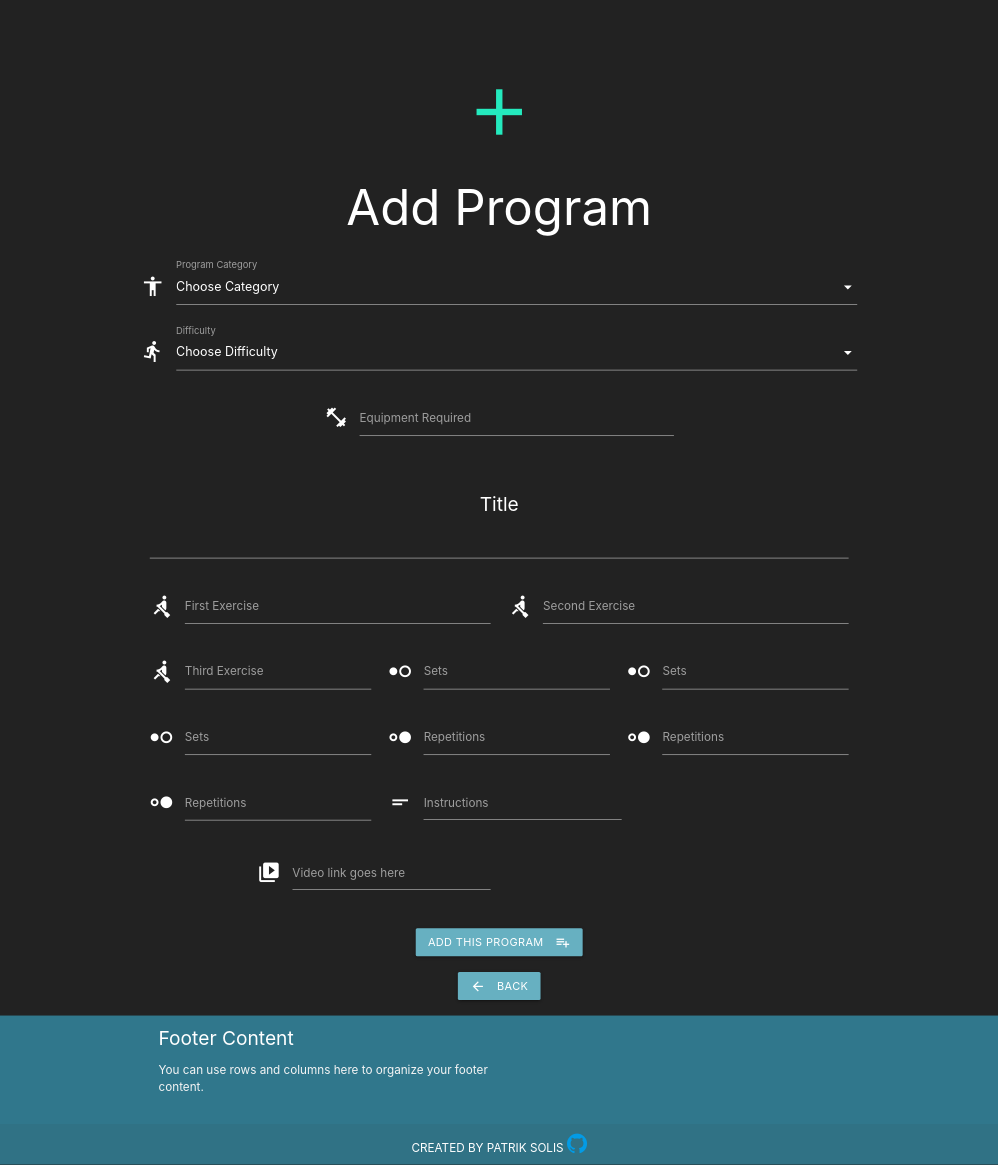
Repository: Ario124/calisthenics-project
Page: http://localhost/add_program
The author's editor kept a record of every edit. The page is drawn from the files as they stood at one moment, then again after the next edit.
The browser window is 1280 px wide. The pictures show the whole page, at 78% of full size.
The page is served by the project's application, run on Flask 3 (app.py). Queries for data that is not in the repository find no rows.

Above is the page before.

### templates/add_program.html
{% extends 'base.html' %} {% block content %}

<div class="row center-align">
    <i class="material-icons icon-size icon-color2">add</i>
</div>
<h1 class="center-align expert_title">Add Program</h1>
<div class="container">

    <form action="{{url_for('insert_program')}}" method="POST" class="col s12">
        <div class="row">
            <div class="row">
                <div class="input-field col s12">
                    <i class="material-icons prefix">accessibility</i>
                    <select id="category" name="category_name">
                  <option value="" disabled selected>Choose Category</option>
                  {% for cat in categories %}
                      <option value="{{cat.category_name}}">{{cat.category_name}}</option>
                  {% endfor %}
                </select>
                    <label>Program Category</label>
                </div>




                <div class="input-field col s12">
                    <i class="material-icons prefix">directions_run</i>
                    <select id="difficulty" name="difficulty_level">
                  <option value="" disabled selected>Choose Difficulty</option>
                  {% for dif in difficulty %}
                      <option value="{{dif.difficulty_level}}">{{dif.difficulty_level}}</option>
                  {% endfor %}
                </select>
                    <label>Difficulty</label>
                </div>

                <div class="input-field col s6 offset-s3">
                    <i class="material-icons prefix">fitness_center</i>
                    <input id="equipment_required" name="equipment_required" type="text" required>
                    <label for="icon_prefix">Equipment Required</label>
                </div>
            </div>
            <div class="input-field col s12">
                <h5 class="center-align">Title</h5>
                <input id="program_name" name="program_name" type="text" class="center-align" required>
            </div>

            <div class="input-field col s6">
                <i class="material-icons prefix">rowing</i>
                <input id="exercise" name="exercise" type="text" required>
                <label for="icon_prefix">First Exercise</label>
            </div>

            <div class="input-field col s6">
                <i class="material-icons prefix">rowing</i>
                <input id="exercise2" name="exercise2" type="text" required>
                <label for="icon_prefix">Second Exercise</label>
            </div>

            <div class="input-field col s4">
                <i class="material-icons prefix">rowing</i>
                <input id="exercise3" name="exercise3" type="text" required>
                <label for="icon_prefix">Third Exercise</label>
            </div>

            <div class="input-field col s4">
                <i class="material-icons prefix">hdr_weak</i>
                <input id="sets_amount" name="sets_amount" type="text" required>
                <label for="icon_prefix">Sets</label>
            </div>

            <div class="input-field col s4">
                <i class="material-icons prefix">hdr_weak</i>
                <input id="sets_amount2" name="sets_amount2" type="text" required>
                <label for="icon_prefix">Sets</label>
            </div>

            <div class="input-field col s4">
                <i class="material-icons prefix">hdr_weak</i>
                <input id="sets_amount3" name="sets_amount3" type="text" required>
                <label for="icon_prefix">Sets</label>
            </div>

            <div class="input-field col s4">
                <i class="material-icons prefix">hdr_strong</i>
                <input id="reps_amount" name="reps_amount" type="text" required>
                <label for="icon_prefix">Repetitions</label>
            </div>

            <div class="input-field col s4">
                <i class="material-icons prefix">hdr_strong</i>
                <input id="reps_amount2" name="reps_amount2" type="text" required>
                <label for="icon_prefix">Repetitions</label>
            </div>

            <div class="input-field col s4">
                <i class="material-icons prefix">hdr_strong</i>
                <input id="reps_amount3" name="reps_amount3" type="text" required>
                <label for="icon_prefix">Repetitions</label>
            </div>

            <div class="container">
                <div class="input-field col s6">
                    <i class="material-icons prefix">short_text</i>
                    <textarea name="description" id="description" class="materialize-textarea center-align" required></textarea>
                    <label for="icon_prefix">Instructions</label>
                </div>



                <div class="input-field col s6">
                    <i class="material-icons prefix">video_library</i>
                    <textarea name="example_youtube" id="example_youtube" class="materialize-textarea center-align" required></textarea>
                    <label for="icon_prefix">Video link goes here</label>
                </div>
            </div>


        </div>
        <div class="row center-align">

            <div class="col s12">
                <button class="btn waves-effect waves-light btn-colored" type="submit" name="action">Add This Program
                     <i class="material-icons right">playlist_add</i>
                    </button>
            </div>

        </div>
        <div class="row center-align">
            <div class="col s12">
                <button onclick="goBack()" class="btn waves-effect waves-light btn-colored">Back
                     <i class="material-icons left">arrow_back</i>
                     </button>
            </div>

        </div>
    </form>
</div>





{% endblock %}

### templates/base.html
<!DOCTYPE html>
<html lang="en">
<head>
    <meta charset="UTF-8">
    <meta name="viewport" content="width=device-width, initial-scale=1">
    <link href="https://fonts.googleapis.com/icon?family=Material+Icons" rel="stylesheet">
    <link rel="stylesheet" href="https://cdnjs.cloudflare.com/ajax/libs/materialize/1.0.0/css/materialize.min.css">
    <link rel="stylesheet" href="{{url_for('static', filename="css/main.css")}}" type="text/css" />
    <link rel="stylesheet" href="https://maxcdn.bootstrapcdn.com/font-awesome/4.7.0/css/font-awesome.min.css" type="text/css" />

    <title>Calisthenics Project</title>
    <link rel="icon" href="https://d1ujqdpfgkvqfi.cloudfront.net/favicon-generator/htdocs/favicons/2019-09-19/50f3ab5b7a10e0ae0911c83435938cd6.ico.png">

</head>
<body>
    <header>

        <div id="navbar-test" class="navbar-fixed">
            <nav>
                <div class="nav-wrapper">
                    <a href="{{url_for('home')}}" class="brand-logo"><i class="material-icons nav-icon-pad">home</i></a>
                    <a href="{{url_for('home')}}" class="brand-logo center-align">Calisthenics</a>
                    <a href="#" data-target="mobile-demo" class="sidenav-trigger"><i class="material-icons">menu</i></a>
                    <ul class="right hide-on-med-and-down">
                        <li><a href="{{url_for('get_programs')}}">View Programs</a></li>
                        <li><a href="{{url_for('add_program')}}">Add Program</a></li>
                        <li><a href="{{url_for('exercises')}}">Exercises</a></li>
                        <li><a href="{{url_for('contact')}}">Contact Us</a></li>
                    </ul>
                </div>
            </nav>

            <ul class="sidenav" id="mobile-demo">
                <li><a class="sidenav-close" href="#!"><i class="material-icons">menu</i>Close</a></li>
                <li><a href="{{url_for('get_programs')}}">View Programs</a></li>
                <li><a href="{{url_for('add_program')}}">Add Program</a></li>
                <li><a href="{{url_for('exercises')}}">Exercises</a></li>
                <li><a href="{{url_for('contact')}}">Contact Us</a></li>
            </ul>
        </div>

    </header>



    {% block content %} {% endblock %}

    <script src="https://cdnjs.cloudflare.com/ajax/libs/jquery/3.4.1/jquery.min.js"></script>
    <script src="https://cdnjs.cloudflare.com/ajax/libs/materialize/1.0.0/js/materialize.min.js"></script>
    <script type="text/javascript">
        M.AutoInit()
    </script>
    <script>
        var prevScrollpos = window.pageYOffset;
window.onscroll = function() {
  var currentScrollPos = window.pageYOffset;
  if (prevScrollpos > currentScrollPos) {
    document.getElementById("navbar-test").style.top = "0";
  } else {
    document.getElementById("navbar-test").style.top = "-70px";
  }
  prevScrollpos = currentScrollPos;
}
    </script>

</body>
        <footer class="page-footer">
          <div class="container">
            <div class="row">
              <div class="col l6 s12">
                <h5 class="white-text">Footer Content</h5>
                <p class="grey-text text-lighten-4">You can use rows and columns here to organize your footer content.</p>
              </div>
            </div>
          </div>
          <div class="footer-copyright">
            <div class="container center-align">
            CREATED BY PATRIK SOLIS
            <a target="_blank" href="https://github.com/Ario124"><i class="fa fa-github fa-2x"></i></a>
            </div>
          </div>
        </footer>

</html>

### app.py
import os
from flask import Flask, render_template, redirect, request, url_for
from flask_pymongo import PyMongo
from bson.objectid import ObjectId

app = Flask(__name__)


app.config["MONGO_DBNAME"] = 'calisthenics-project'
app.config["MONGO_URI"] = 'mongodb+srv://root:pasol005@myfirstcluster-qno2b.mongodb.net/calisthenics?retryWrites=true&w=majority'


mongo = PyMongo(app)

@app.route('/')
@app.route('/home')
def home():
    return render_template('index.html')

@app.route('/add_program')
def add_program():
    return render_template('add_program.html', categories =mongo.db.categories.find(), difficulty =mongo.db.difficulty.find())


@app.route('/categories')
def categories():
    return render_template('categories.html')

@app.route('/contact')
def contact():
    return render_template('contact.html')

@app.route('/get_programs')
def get_programs():
    return render_template('programs.html',
        training_programs=mongo.db.training_programs.find(), description =mongo.db.description.find())


@app.route('/insert_program', methods=['POST'])
def insert_program():
    training_programs = mongo.db.training_programs
    training_programs.insert_one(request.form.to_dict())
    return redirect(url_for('get_programs'))

@app.route('/edit_program/<program_id>')
def edit_program(program_id):
    _program = mongo.db.training_programs.find_one({"_id": ObjectId(program_id)})
    _categories = mongo.db.categories.find()
    _difficulty = mongo.db.difficulty.find()
    category_list = [category for category in _categories]
    difficulty_list = [difficult for difficult in _difficulty]
    return render_template('edit_program.html', program = _program, categories = category_list, difficulties = difficulty_list)


@app.route('/update_program/<program_id>', methods=['POST'])
def update_program(program_id):
    training_programs = mongo.db.training_programs
    training_programs.update({'_id': ObjectId(program_id)},
    {
        'category_name':request.form.get('category_name'),
        'difficulty_level':request.form.get('difficulty_level'),
        'program_name':request.form.get('program_name'),
        'exercise':request.form.get('exercise'),
        'exercise2':request.form.get('exercise2'),
        'exercise3':request.form.get('exercise3'),
        'sets_amount':request.form.get('sets_amount'),
        'sets_amount2':request.form.get('sets_amount2'),
        'sets_amount3':request.form.get('sets_amount3'),
        'reps_amount':request.form.get('reps_amount'),
        'reps_amount2':request.form.get('reps_amount2'),
         'reps_amount3':request.form.get('reps_amount3'),
        'equipment_required':request.form.get('equipment_required'),
        'description':request.form.get('description')
    })
    return redirect(url_for('get_programs'))

@app.route('/add_exercise')
def add_exercise():
    return render_template('add_exercise.html')


@app.route('/delete_program/<program_id>')
def delete_program(program_id):
    mongo.db.training_programs.remove({'_id': ObjectId(program_id)})
    return redirect(url_for('get_programs'))


@app.route('/exercises')
def exercises():
    return render_template('exercises.html')

if __name__ == '__main__':
    app.run(host=os.environ.get('IP'),
            port=int(os.environ.get('PORT')),
            debug=True)

### static/css/main.css
nav {
    background-color: black;

}

.brand-logo {
    font-size: 40px;
}

.video-container iframe, .video-container object, .video-container embed {
    position: absolute;
    top: 0;
    left: 0;
    width: 100%;
    height: 100%;

}


.circle {
    width: 36%;
}

.video-container {
    bottom: 65px;
    z-index: -4;
}

.collapsible-header {
background-color: transparent;
}

.icon-size {
    font-size: 100px;
    margin-top:30px;
}

.contoo {
    background-color: #212525e8;
    color: orange;
}

.program-header {
    margin-top: 5px;
}

.colored-title {
    color: #e85a13;
}

.icon-color {
    color: #e6d712;
}

.icon-color2 {
    color: #24eabe;
}

.btn-colored {
    background-color: #71c4d8e0;
}

.btn-colored:hover {
    background-color: #3196af;
}

.img-test {
    background-image: url("/static/images/Pushups.jpg");
}

.icon-exercises {
    font-size: 100px;
    margin-top:30px;
    color: #f91d1d;
}

.expert_title {
    margin-bottom: 30px;
    margin-top: 30px;
}
body {
    background-color: #222;
    color: white;
}

nav .brand-logo i, .hoomee {
    font-size: 40px;
}

.select-dropdown {
    color: white;
}

.select-dropdown li.disabled>span {
    color: white;
}

.select-dropdown:focus {
    color:white;
}

input {
    color:white;


}

.container {
    color:white;
}

textarea.materialize-textarea {
    color:white;
}

.dropdown-content {
    background-color: #313131;
}

.dropdown-content li>span {
    color:white;
}

.select-wrapper .caret {
    fill:white
}

.sidenav-overlay {
    opacity: 0 !important;
    position: relative;
}

        .nav-icon-pad {
 padding-left:220px;

}


            .flow-text {
        font-size: 1rem;
    }

.pad-this {
    padding-top: 24px;
}

.page-footer {
    background-color: #317a90f7;
    padding-top: 0px;
}


/* MEDIA QUERIES */



@media all and (min-width: 480px) and (max-width: 767px) {
    nav {
        background-color: #d0501ef7;
    }
            .flow-text {
        font-size: 2.1rem;
    }
}

@media all and (min-width: 768px) and (max-width: 1024px) {

    nav {
        background-color: #d01e1ef7;
    }

        .flow-text {
        font-size: 2.1rem;
    }

}


@media all and (min-width: 1025px) {

        nav .brand-logo {
            left: 43%;
        }

        nav {
            background-color:white;
        }

        .nav-icon-pad {
 padding-left:190px;
}

            .flow-text {
        font-size: 1.5rem;
    }


.pad-this {
    padding-top: 0;
}


}

After the next edit:
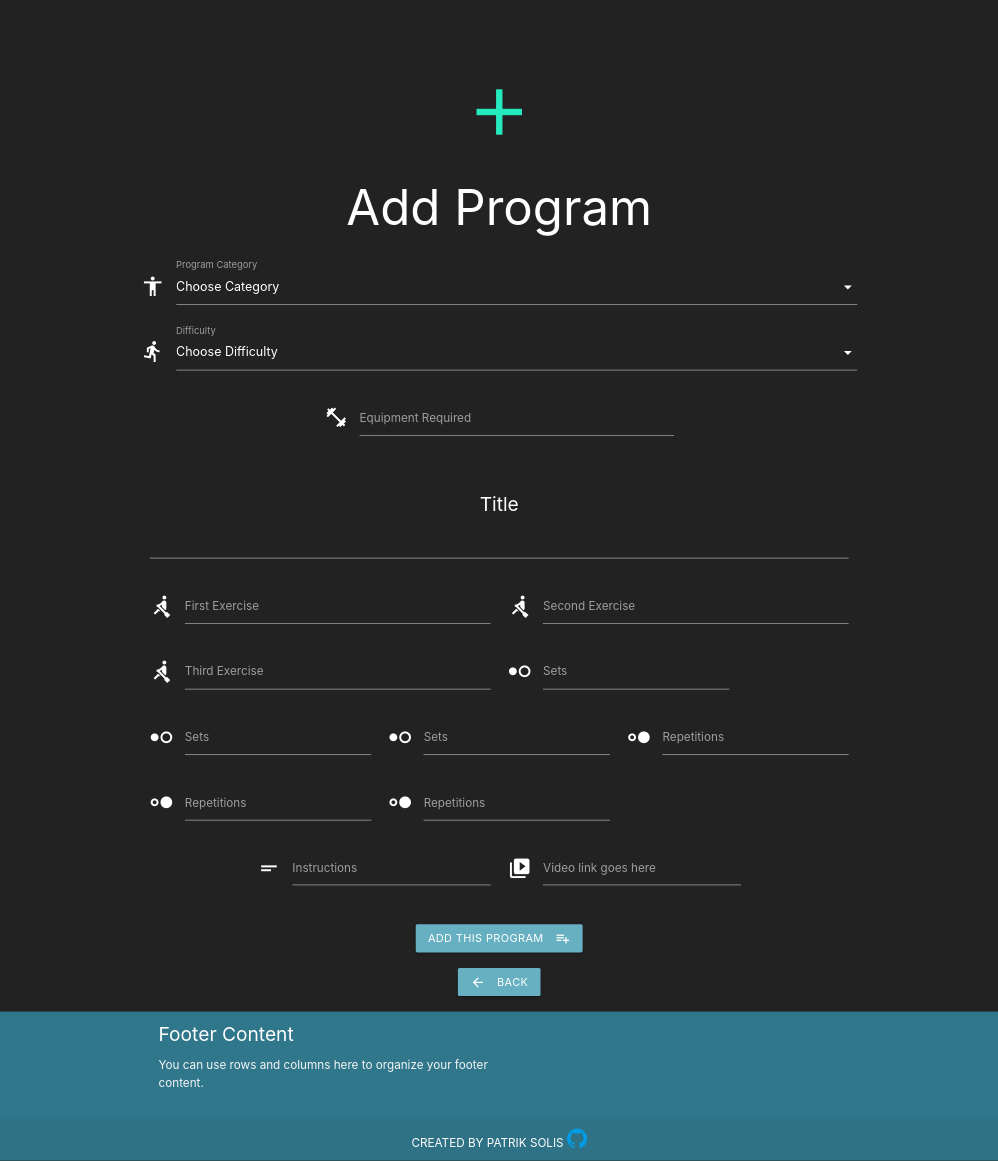
The edit:
--- a/templates/add_program.html
+++ b/templates/add_program.html
@@ -57,7 +57,7 @@
                 <label for="icon_prefix">Second Exercise</label>
             </div>
 
-            <div class="input-field col s4">
+            <div class="input-field col s6">
                 <i class="material-icons prefix">rowing</i>
                 <input id="exercise3" name="exercise3" type="text" required>
                 <label for="icon_prefix">Third Exercise</label>
